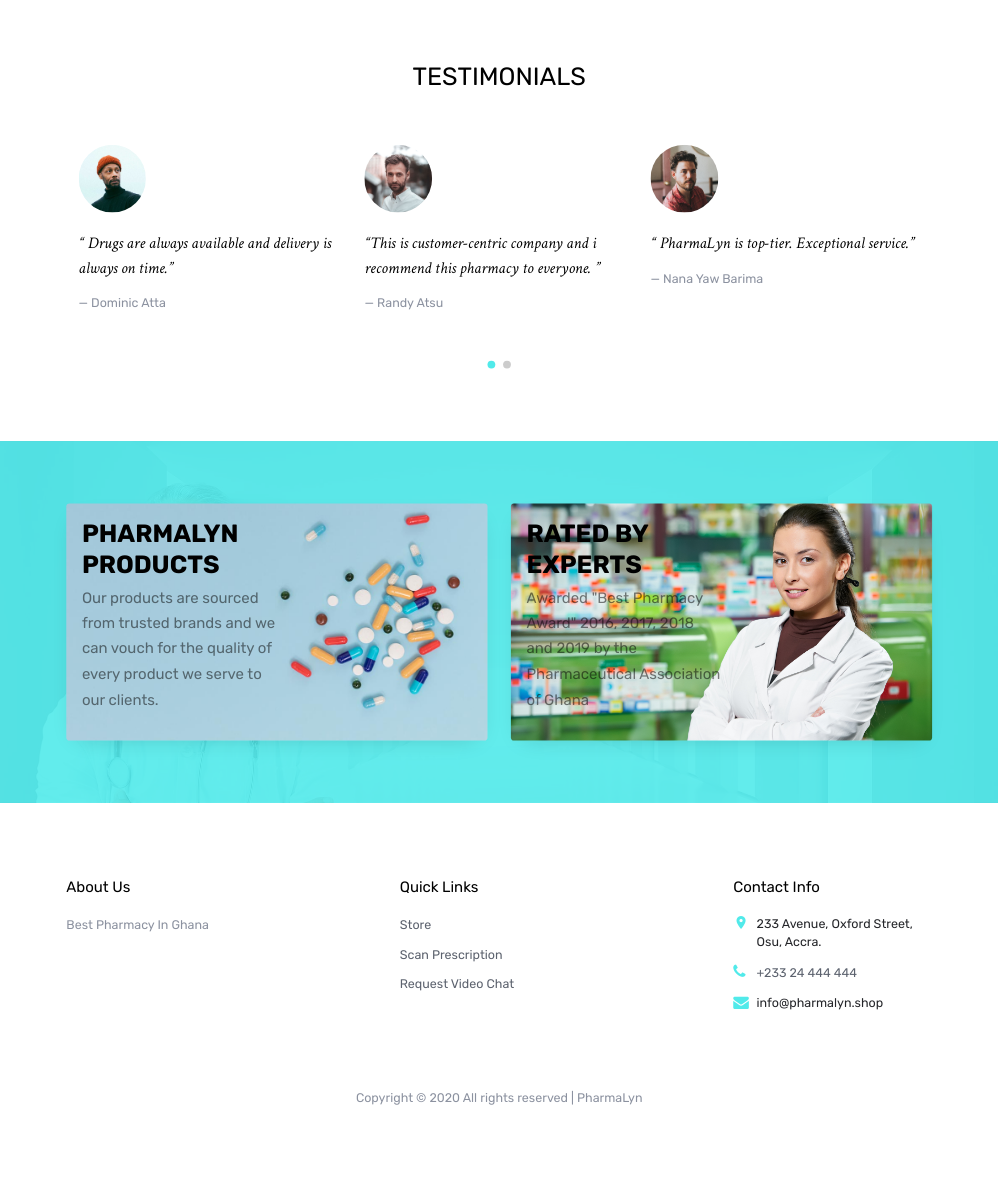
Repository: Nat-A/finalyearproject
Page: pharma/index - Copy.html
An editor plug-in stored every save of this project. The page is shown before and after the next save, followed by the edit.
The browser window is 1280 px wide. The pictures show the part of the page from y = 802 to 2337 px (the page is 2337 px tall before and 1770 px after), at 78% of full size.

Above is the page before, as saved 2020-06-03 12:36:50.

### pharma/index - Copy.html
<!DOCTYPE html>
<html lang="en">

<head>
    <title>PharmaLyn &mdash; HomePage</title>
    <meta charset="utf-8">
    <meta name="viewport" content="width=device-width, initial-scale=1, shrink-to-fit=no">

    <link href="https://fonts.googleapis.com/css?family=Rubik:400,700|Crimson+Text:400,400i" rel="stylesheet">
    <link rel="stylesheet" href="fonts/icomoon/style.css">

    <link rel="stylesheet" href="css/bootstrap.min.css">
    <link rel="stylesheet" href="css/magnific-popup.css">
    <link rel="stylesheet" href="css/jquery-ui.css">
    <link rel="stylesheet" href="css/owl.carousel.min.css">
    <link rel="stylesheet" href="css/owl.theme.default.min.css">


    <link rel="stylesheet" href="css/aos.css">

    <link rel="stylesheet" href="css/style.css">

</head>

<body>

    <div class="site-wrap">

        <!-- navbar  -->
        <div class="site-navbar py-2">

            <div class="search-wrap">
                <div class="container">
                    <a href="#" class="search-close js-search-close"><span class="icon-close2"></span></a>
                    <!-- search feature -->
                    <form action="#" method="post">
                        <input type="text" class="form-control" placeholder="Search drug...">
                    </form>
                </div>
            </div>

            <div class="container">
                <div class="d-flex align-items-center justify-content-between">
                    <div class="logo">
                        <div class="site-logo">
                            <a href="index.html" class="js-logo-clone">PharmaLyn</a>
                        </div>
                    </div>
                    <div class="main-nav d-none d-lg-block">
                        <nav class="site-navigation text-right text-md-center" role="navigation">
                            <ul class="site-menu js-clone-nav d-none d-lg-block">
                                <li class="active"><a href="index.html">Home</a></li>

                                <li class="has-children">
                                    <a href="#">Services</a>
                                    <ul class="dropdown">
                                        <li><a href="shop.html">Store</a></li>
                                        <li><a href="#">Scan Prescription</a></li>
                                        <li><a href="#">Request Video Chat</a></li>
                                    </ul>
                                </li>
                                <li><a href="contact.html">Contact</a></li>
                                <li><a href="about.html">About</a></li>
                                <li><a href="#">Log In / Sign Up  </a></li>
                                <!-- insert modal here -->
                            </ul>
                        </nav>
                    </div>
                    <div class="icons">
                        <a href="#" class="icons-btn d-inline-block js-search-open"><span class="icon-search"></span></a>
                        <a href="cart.html" class="icons-btn d-inline-block bag">
                            <span class="icon-shopping-bag"></span>
                            <!-- subject to the items in the cart -->
                            <span class="number">2</span>
                        </a>
                        <a href="#" class="site-menu-toggle js-menu-toggle ml-3 d-inline-block d-lg-none"><span
                class="icon-menu"></span></a>
                    </div>
                </div>
            </div>
        </div>
        <!-- end of navbar -->


        <!-- site banner -->
        <div class="site-blocks-cover" style="background-image: url('images/pills.jpg');">
            <div class="container">
                <div class="row">
                    <div class="col-lg-7 mx-auto order-lg-2 align-self-center">
                        <div class="site-block-cover-content text-center">
                            <h2 class="sub-title">PharmaLyn, We Care For You</h2>
                            <h1>Welcome To PharmaLyn</h1>
                            <p>
                                <a href="shop.html" class="btn btn-primary px-5 py-3">Shop Now</a>
                            </p>
                        </div>
                    </div>
                </div>
            </div>
        </div>
        <!-- end of banner -->




        <!-- testimonials -->
        <div class="site-section ">
            <div class="container ">
                <div class="row ">
                    <div class="title-section text-center col-12 ">
                        <h2 class="text-uppercase ">Testimonials</h2>
                    </div>
                </div>
                <div class="row ">
                    <div class="col-md-12 block-3 products-wrap ">
                        <div class="nonloop-block-3 no-direction owl-carousel ">

                            <div class="testimony">
                                <blockquote>
                                    <img src="images/avatars/person_1.jpg " alt="Image " class="img-fluid w-25 mb-4 rounded-circle ">
                                    <p>&ldquo;PharmaLyn's customer service is top notch. &rdquo;
                                    </p>
                                </blockquote>

                                <p>&mdash; Dorcas Appiah</p>
                            </div>

                            <div class="testimony ">
                                <blockquote>
                                    <img src="images/avatars/person_2.jpg " alt="Image " class="img-fluid w-25 mb-4 rounded-circle ">
                                    <p>&ldquo; Drugs are always available and delivery is always on time.&rdquo;
                                    </p>
                                </blockquote>

                                <p>&mdash; Dominic Atta</p>
                            </div>

                            <div class="testimony ">
                                <blockquote>
                                    <img src="images/avatars/person_3.jpg " alt="Image " class="img-fluid w-25 mb-4 rounded-circle ">
                                    <p>&ldquo;This is customer-centric company and i recommend this pharmacy to everyone. &rdquo;
                                    </p>
                                </blockquote>

                                <p>&mdash; Randy Atsu</p>
                            </div>

                            <div class="testimony ">
                                <blockquote>
                                    <img src="images/avatars/person_4.jpg " alt="Image " class="img-fluid w-25 mb-4 rounded-circle ">
                                    <p>&ldquo; PharmaLyn is top-tier. Exceptional service.&rdquo;
                                    </p>
                                </blockquote>

                                <p>&mdash; Nana Yaw Barima</p>
                            </div>

                        </div>
                    </div>
                </div>
            </div>
        </div>
        <!-- end of testimonials  -->


        <!-- site ad -->
        <div class="site-section bg-secondary bg-image " style="background-image: url( 'images/bg_2.jpg'); ">
            <div class="container ">
                <div class="row align-items-stretch ">
                    <div class="col-lg-6 mb-5 mb-lg-0 ">
                        <a class="banner-1 h-100 d-flex " style="background-image: url( 'images/bg_1.jpg'); ">
                            <div class="banner-1-inner align-self-center ">
                                <h2>PharmaLyn Products</h2>
                                <p>Our products are sourced from trusted brands and we can vouch for the quality of every product we serve to our clients.
                                </p>
                            </div>
                        </a>
                    </div>
                    <div class="col-lg-6 mb-5 mb-lg-0 ">
                        <a class="banner-1 h-100 d-flex " style="background-image: url( 'images/avatars/doctor4.jpg'); ">
                            <div class="banner-1-inner align-self-center ">
                                <h2>Rated by Experts</h2>
                                <p>Awarded "Best Pharmacy Award" 2016, 2017, 2018 and 2019 by the Pharmaceutical Association of Ghana
                                </p>
                            </div>
                        </a>
                    </div>
                </div>
            </div>
        </div>
        <!-- end of ad -->

        <!-- footer -->
        <footer class="site-footer ">
            <div class="container ">
                <div class="row ">
                    <div class="col-md-6 col-lg-3 mb-4 mb-lg-0 ">

                        <div class="block-7 ">
                            <h3 class="footer-heading mb-4 ">About Us</h3>
                            <p>Best Pharmacy In Ghana</p>
                        </div>

                    </div>
                    <div class="col-lg-3 mx-auto mb-5 mb-lg-0 ">
                        <h3 class="footer-heading mb-4 ">Quick Links</h3>
                        <ul class="list-unstyled ">
                            <li><a href="shop.html ">Store</a></li>
                            <li><a href="# ">Scan Prescription</a></li>
                            <li><a href="# ">Request Video Chat</a></li>
                        </ul>
                    </div>

                    <div class="col-md-6 col-lg-3 ">
                        <div class="block-5 mb-5 ">
                            <h3 class="footer-heading mb-4 ">Contact Info</h3>
                            <ul class="list-unstyled ">
                                <li class="address ">233 Avenue, Oxford Street, Osu, Accra. </li>
                                <li class="phone "><a href="tel:// ">+233 24 444 444</a></li>
                                <li class="email ">info@pharmalyn.shop</li>
                            </ul>
                        </div>
                    </div>
                </div>
                <div class="row pt-5 text-center ">
                    <div class="col-md-12 ">
                        <p>
                            Copyright &copy;
                            <script>
                                document.write(new Date().getFullYear());
                            </script> All rights reserved | PharmaLyn
                        </p>
                    </div>
                </div>
            </div>
        </footer>
        <!-- end of footer -->
    </div>

    <script src="js/jquery-3.3.1.min.js "></script>
    <script src="js/jquery-ui.js "></script>
    <script src="js/popper.min.js "></script>
    <script src="js/bootstrap.min.js "></script>
    <script src="js/owl.carousel.min.js "></script>
    <script src="js/jquery.magnific-popup.min.js "></script>
    <script src="js/aos.js "></script>

    <script src="js/main.js "></script>

</body>

</html>

Loaded but not shown: pharma/fonts/icomoon/style.css (common file); pharma/css/bootstrap.min.css (library); pharma/css/magnific-popup.css (library); pharma/css/jquery-ui.css (library); pharma/css/owl.carousel.min.css (common file); pharma/css/owl.theme.default.min.css (common file); pharma/css/aos.css (library); pharma/js/jquery-3.3.1.min.js (library); pharma/js/jquery-ui.js (library); pharma/js/popper.min.js (library); pharma/js/bootstrap.min.js (library); pharma/js/owl.carousel.min.js (library); pharma/js/jquery.magnific-popup.min.js (library); pharma/js/aos.js (library); pharma/js/main.js (219 lines, source omitted); pharma/css/style.css (1125 lines, source omitted)

After the next save:
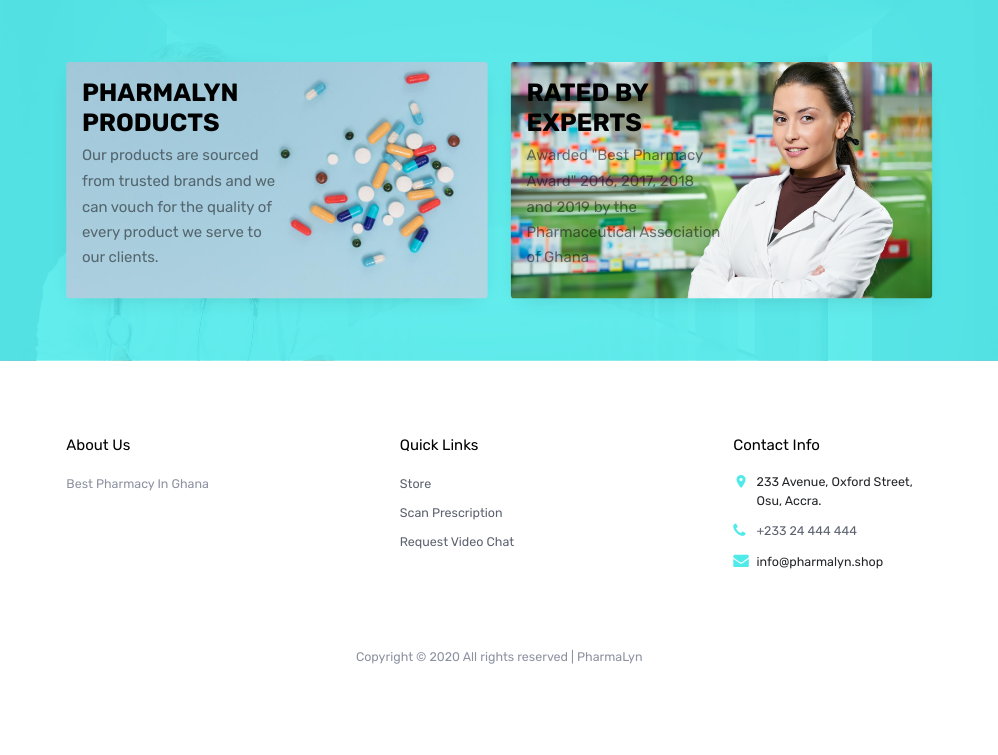
Saved 21 s later.
--- a/pharma/index - Copy.html
+++ b/pharma/index - Copy.html
@@ -103,64 +103,6 @@
 
 
 
-        <!-- testimonials -->
-        <div class="site-section ">
-            <div class="container ">
-                <div class="row ">
-                    <div class="title-section text-center col-12 ">
-                        <h2 class="text-uppercase ">Testimonials</h2>
-                    </div>
-                </div>
-                <div class="row ">
-                    <div class="col-md-12 block-3 products-wrap ">
-                        <div class="nonloop-block-3 no-direction owl-carousel ">
-
-                            <div class="testimony">
-                                <blockquote>
-                                    <img src="images/avatars/person_1.jpg " alt="Image " class="img-fluid w-25 mb-4 rounded-circle ">
-                                    <p>&ldquo;PharmaLyn's customer service is top notch. &rdquo;
-                                    </p>
-                                </blockquote>
-
-                                <p>&mdash; Dorcas Appiah</p>
-                            </div>
-
-                            <div class="testimony ">
-                                <blockquote>
-                                    <img src="images/avatars/person_2.jpg " alt="Image " class="img-fluid w-25 mb-4 rounded-circle ">
-                                    <p>&ldquo; Drugs are always available and delivery is always on time.&rdquo;
-                                    </p>
-                                </blockquote>
-
-                                <p>&mdash; Dominic Atta</p>
-                            </div>
-
-                            <div class="testimony ">
-                                <blockquote>
-                                    <img src="images/avatars/person_3.jpg " alt="Image " class="img-fluid w-25 mb-4 rounded-circle ">
-                                    <p>&ldquo;This is customer-centric company and i recommend this pharmacy to everyone. &rdquo;
-                                    </p>
-                                </blockquote>
-
-                                <p>&mdash; Randy Atsu</p>
-                            </div>
-
-                            <div class="testimony ">
-                                <blockquote>
-                                    <img src="images/avatars/person_4.jpg " alt="Image " class="img-fluid w-25 mb-4 rounded-circle ">
-                                    <p>&ldquo; PharmaLyn is top-tier. Exceptional service.&rdquo;
-                                    </p>
-                                </blockquote>
-
-                                <p>&mdash; Nana Yaw Barima</p>
-                            </div>
-
-                        </div>
-                    </div>
-                </div>
-            </div>
-        </div>
-        <!-- end of testimonials  -->
 
 
         <!-- site ad -->

After the 3 saves that followed:
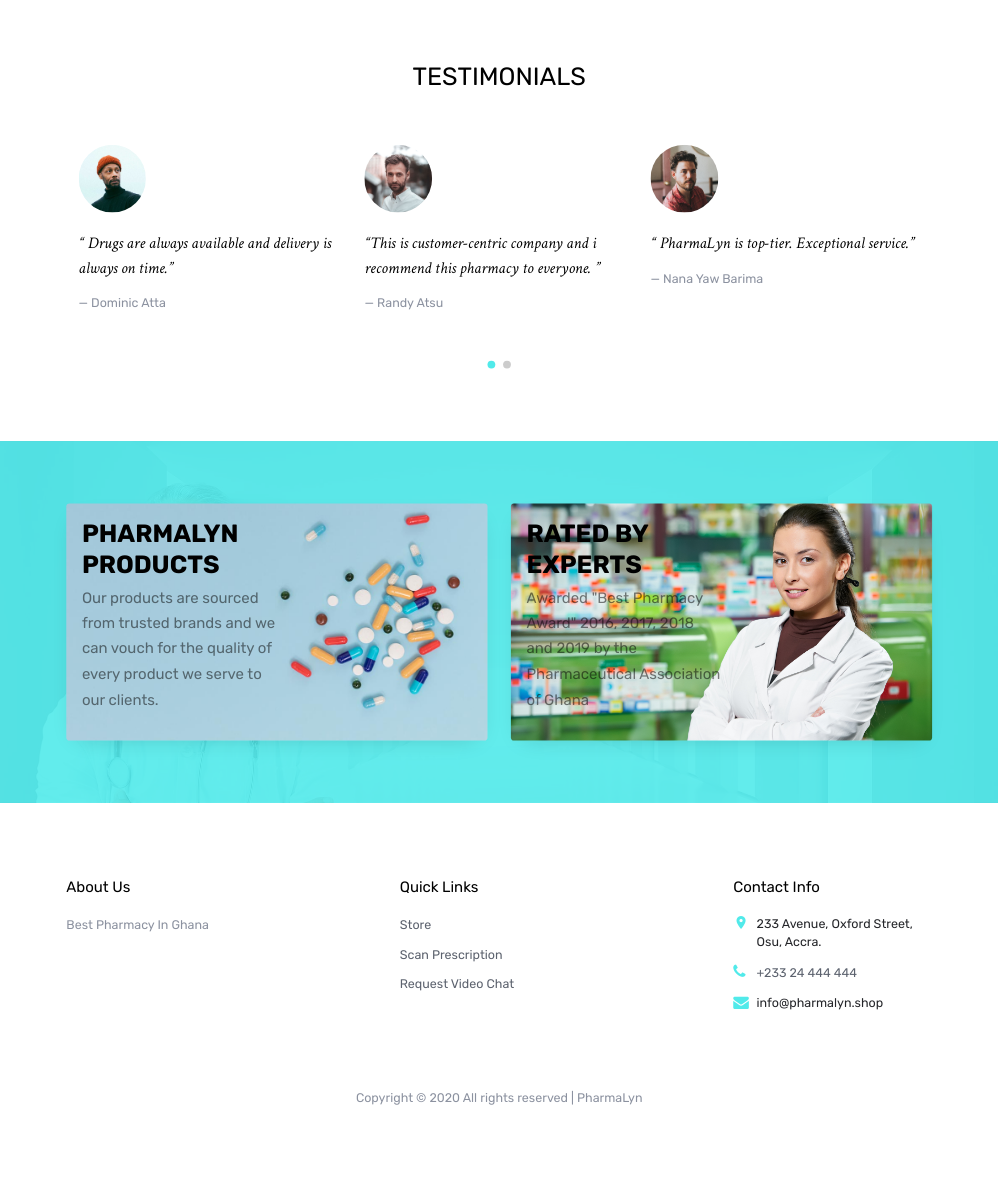
The 3 saves are shown as one change because 1 left the picture as it was and some came seconds apart.
The last was saved 88 s later.
--- a/pharma/index - Copy.html
+++ b/pharma/index - Copy.html
@@ -103,6 +103,64 @@
 
 
 
+        <!-- testimonials -->
+        <div class="site-section ">
+            <div class="container ">
+                <div class="row ">
+                    <div class="title-section text-center col-12 ">
+                        <h2 class="text-uppercase ">Testimonials</h2>
+                    </div>
+                </div>
+                <div class="row ">
+                    <div class="col-md-12 block-3 products-wrap ">
+                        <div class="nonloop-block-3 no-direction owl-carousel ">
+
+                            <div class="testimony">
+                                <blockquote>
+                                    <img src="images/avatars/person_1.jpg " alt="Image " class="img-fluid w-25 mb-4 rounded-circle ">
+                                    <p>&ldquo;PharmaLyn's customer service is top notch. &rdquo;
+                                    </p>
+                                </blockquote>
+
+                                <p>&mdash; Dorcas Appiah</p>
+                            </div>
+
+                            <div class="testimony ">
+                                <blockquote>
+                                    <img src="images/avatars/person_2.jpg " alt="Image " class="img-fluid w-25 mb-4 rounded-circle ">
+                                    <p>&ldquo; Drugs are always available and delivery is always on time.&rdquo;
+                                    </p>
+                                </blockquote>
+
+                                <p>&mdash; Dominic Atta</p>
+                            </div>
+
+                            <div class="testimony ">
+                                <blockquote>
+                                    <img src="images/avatars/person_3.jpg " alt="Image " class="img-fluid w-25 mb-4 rounded-circle ">
+                                    <p>&ldquo;This is customer-centric company and i recommend this pharmacy to everyone. &rdquo;
+                                    </p>
+                                </blockquote>
+
+                                <p>&mdash; Randy Atsu</p>
+                            </div>
+
+                            <div class="testimony ">
+                                <blockquote>
+                                    <img src="images/avatars/person_4.jpg " alt="Image " class="img-fluid w-25 mb-4 rounded-circle ">
+                                    <p>&ldquo; PharmaLyn is top-tier. Exceptional service.&rdquo;
+                                    </p>
+                                </blockquote>
+
+                                <p>&mdash; Nana Yaw Barima</p>
+                            </div>
+
+                        </div>
+                    </div>
+                </div>
+            </div>
+        </div>
+        <!-- end of testimonials  -->
 
 
         <!-- site ad -->
